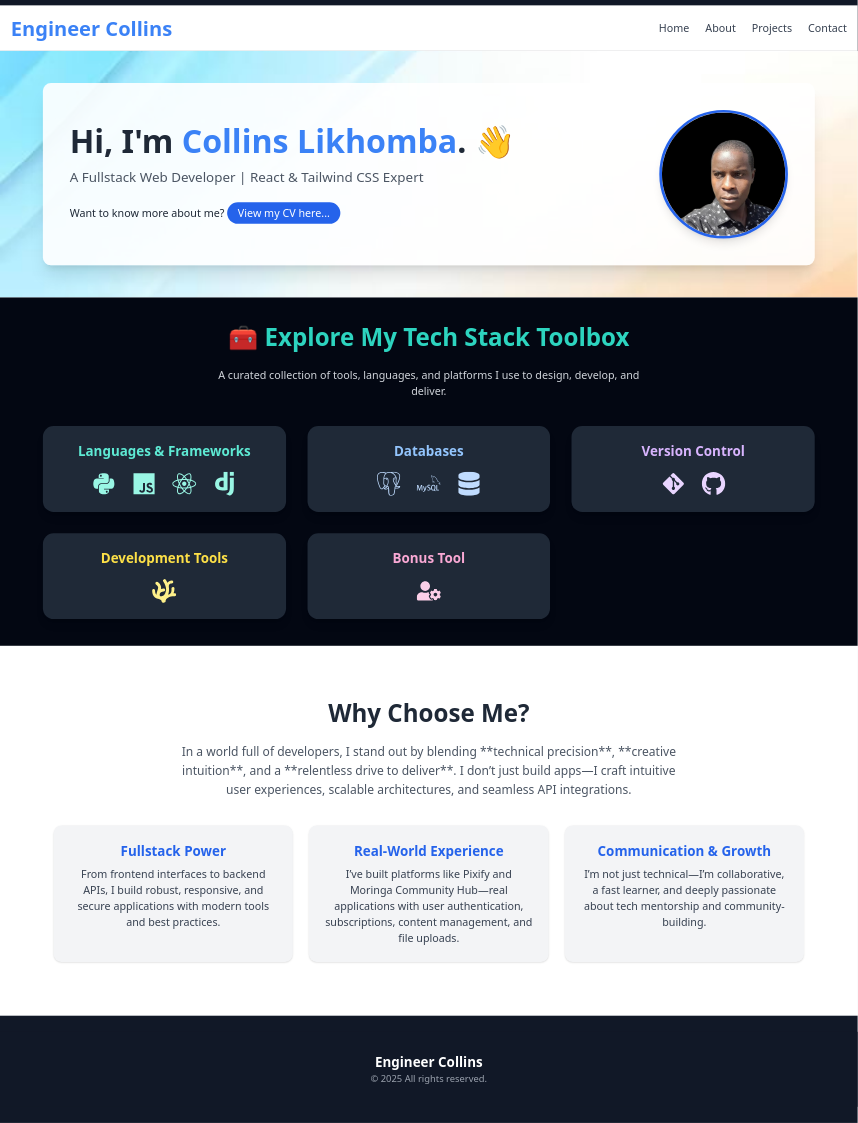
Repository: Engineer-collo/Portfolio
Page: /
An editor plug-in stored every save of this project. The page is shown before and after a run of saves, followed by the edit.
The browser window is 1280 px wide. The pictures show the whole page, at 67% of full size.
Pictures or frames that could not be fetched are drawn as grey boxes. The project was rebuilt for these pictures with package versions that can differ from the ones it lists, and the page was loaded fresh each time. Also part of the build but not shown: vite.config.js, src/pages/About.jsx, src/pages/Projects.jsx, src/pages/Contact.jsx, src/pages/Blog.jsx, src/pages/Skills.jsx.

Above is the page before, as saved 2025-06-08 20:34:00.

After the next 6 saves:
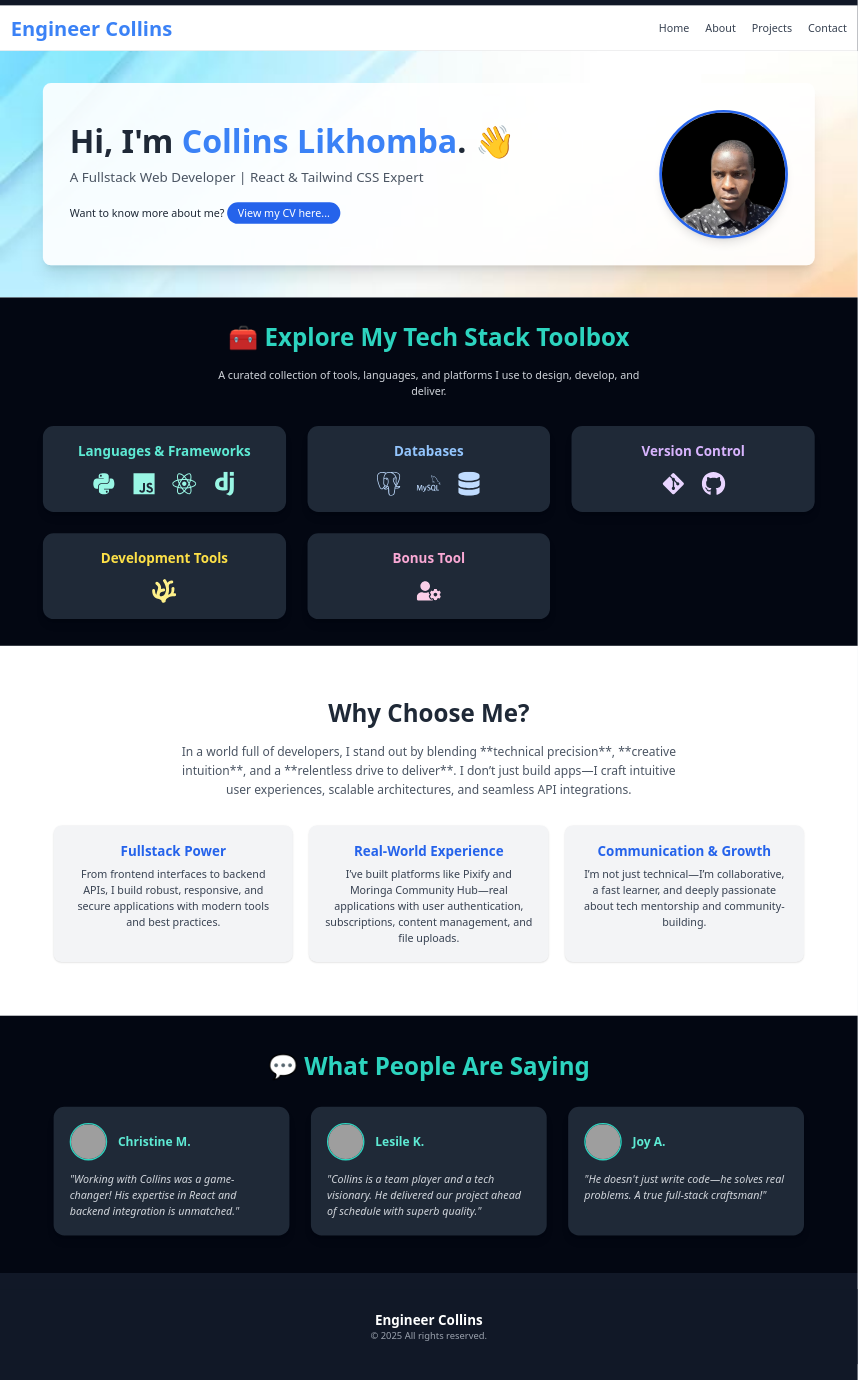
The 6 saves are shown as one change because they came seconds apart.
The last was saved 45 s later.
--- a/src/pages/HomePage.jsx
+++ b/src/pages/HomePage.jsx
@@ -2,6 +2,7 @@ import React from 'react';
 import Navbar from '../components/Navbar';
 import Footer from './Footer';
 import TechStackToolbox from './TechStackToolbox'
+import Testimonials from './Testimonials';
 
 const skills = [
   {
@@ -122,6 +123,8 @@ const HomePage = () => {
         </div>
       </section>
 
+      <Testimonials/>
+
       {/* Footer */}
       <footer className="bg-gray-900 text-white text-center py-6 mt-auto">
         <Footer />
